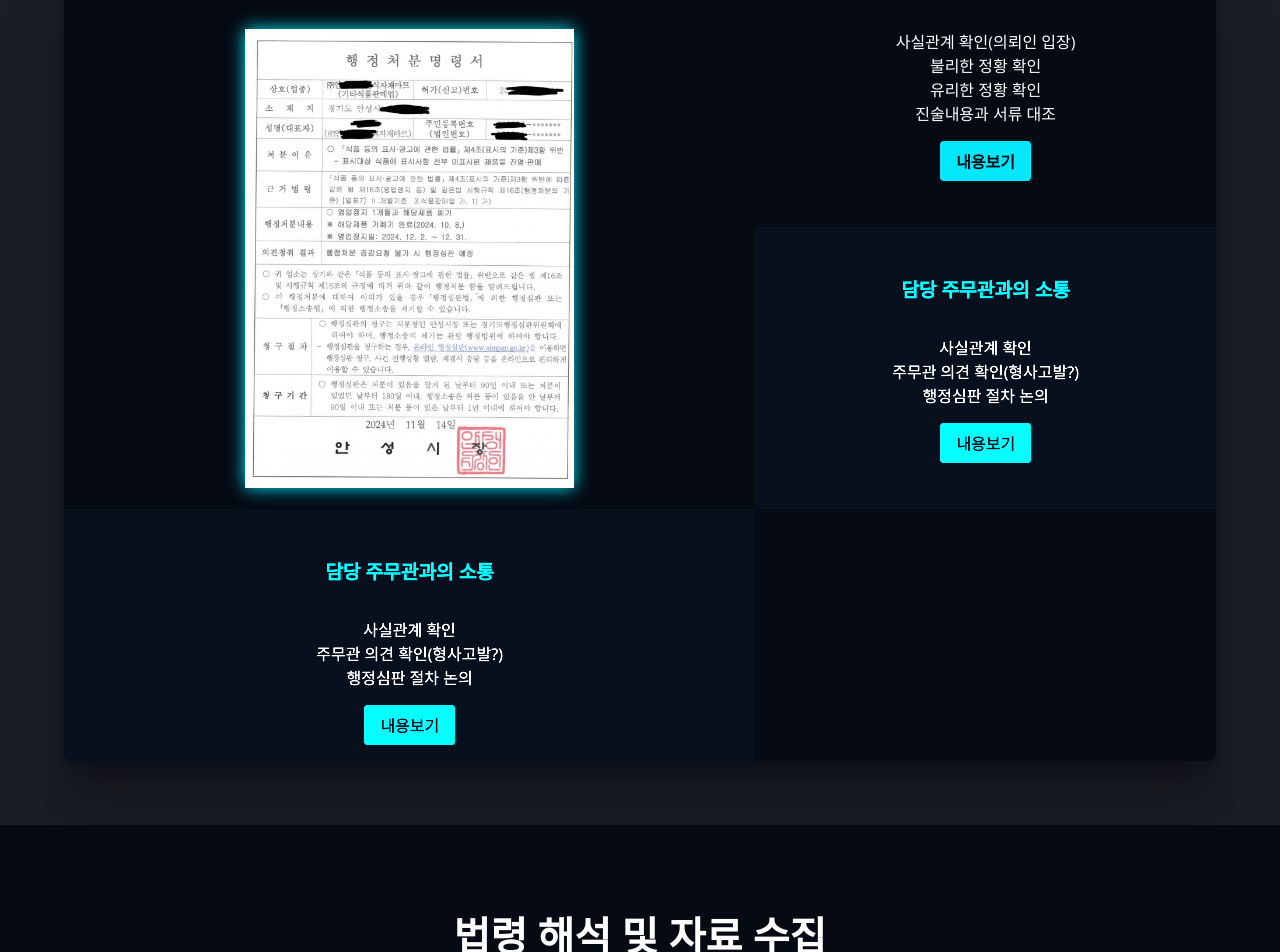
Repository: eggmoon/eggmoon_new
Page: index.html
The author's editor kept a copy of each file at every save. The page is drawn from the files as they stood at one save, then again after the next save.
The browser window is 1280 px wide. The pictures show the part of the page from y = 1730 to 2682 px (the page is 4621 px tall before and 4561 px after).
A picture or video elsewhere on the page could not be fetched, so the positions and the page height are approximate. Some web libraries are served in a nearby version.

Above is the page before, as saved 2025-02-26 19:58:11.
Console error: ReferenceError: const등 is not defined

After the next save:
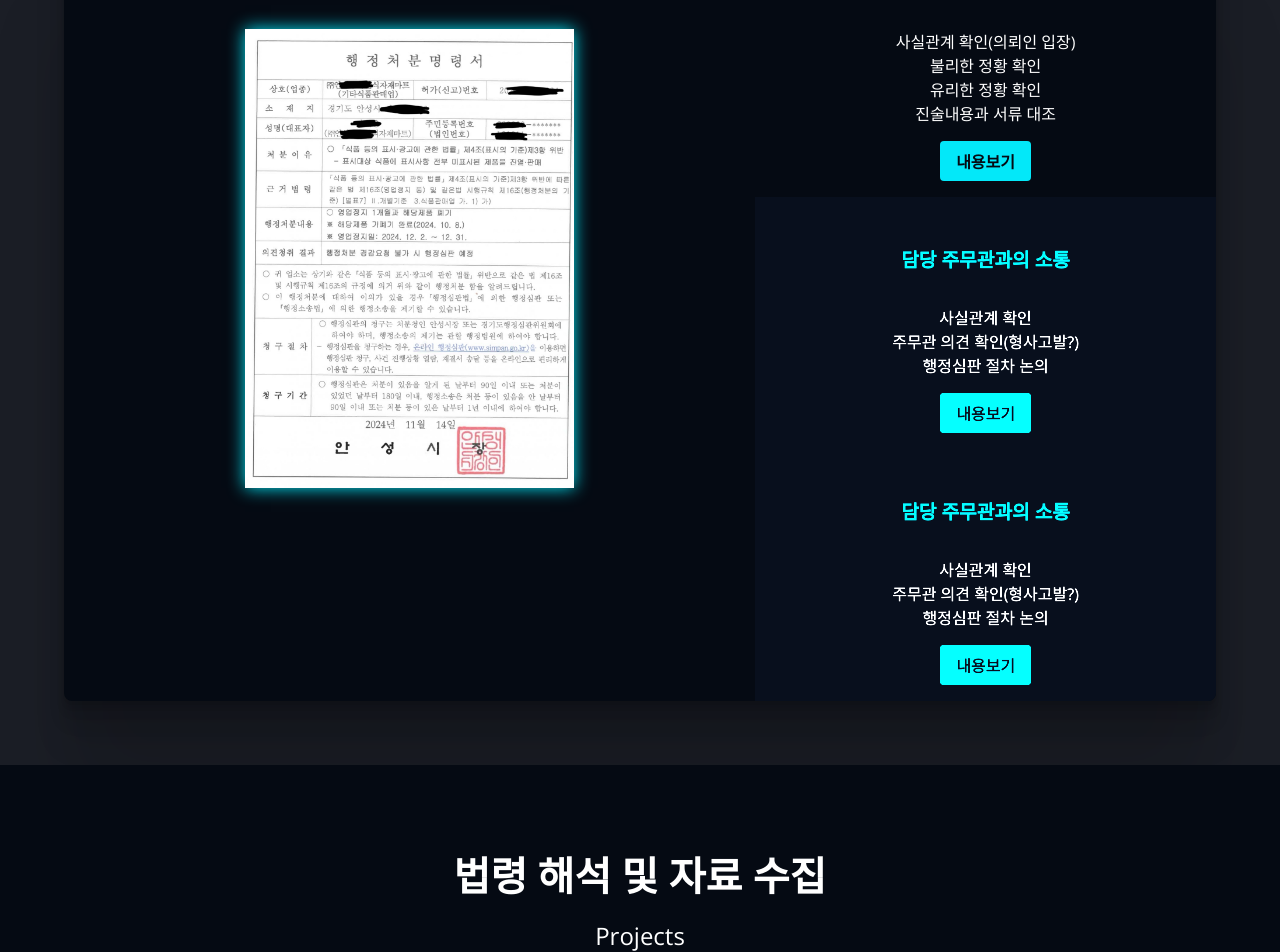
Saved 34 s later.
--- a/css/style.css
+++ b/css/style.css
@@ -251,7 +251,7 @@
 }
 
 .skills__rule{
-  grid-row: span 2;
+  grid-row: span 3;
   padding: 1rem;
 }
 
